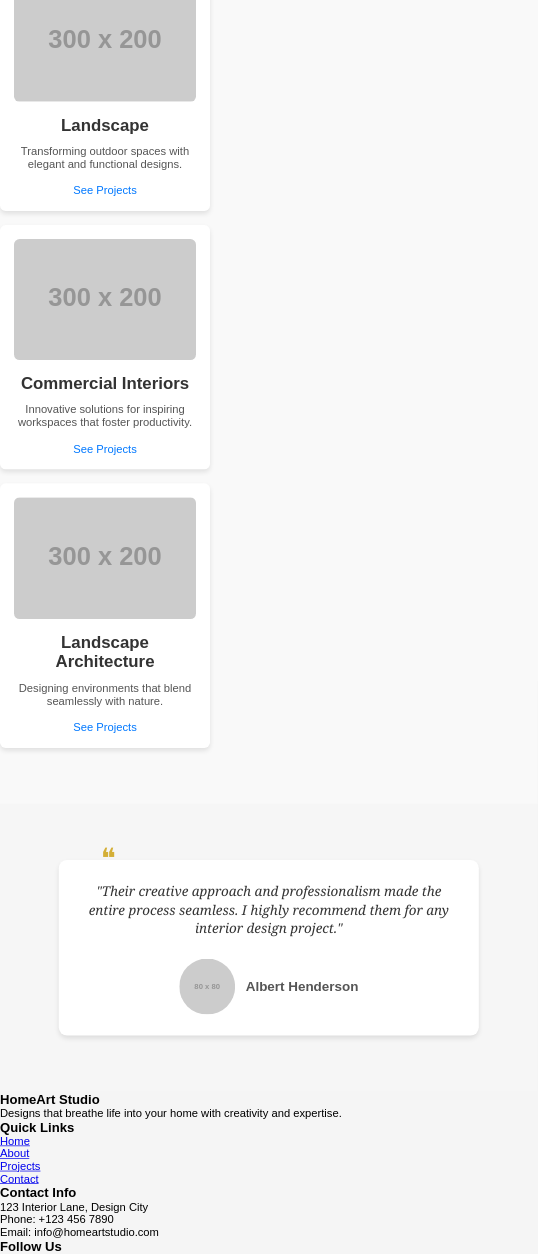
Repository: Patience225/home-decor-studio
Page: index.html
These files come from the project's save history. The page is drawn as it stood at one moment and after a run of saves; the edit follows.
The browser window is 768 px wide. The pictures show the part of the page from y = 4108 to 6348 px (the page is 5900 px tall before and 6348 px after), at 70% of full size.

Above is the page before, as saved 2025-01-29 04:38:36.

### index.html
<!DOCTYPE html>
<html lang="en">
<head>
  <meta charset="UTF-8">
  <meta name="viewport" content="width=device-width, initial-scale=1.0">
  <title>HomeArt Studio</title>
  <link rel="stylesheet" href="styles.css">
</head>
<body>
  <header>
    <nav class="navbar">
      <div class="logo">HomeArt Studio</div>
      <ul class="nav-links">
        <li><a href="#">Home</a></li>
        <li><a href="#">About</a></li>
        <li><a href="#">Services</a></li>
        <li><a href="#">Collections</a></li>
        <li><a href="#">Projects</a></li>
        <li><a href="#">Contact</a></li>
      </ul>
      <div class="hamburger">
        <span></span>
        <span></span>
        <span></span>
      </div>
    </nav>
  </header>
  <section class="hero">
    <div class="hero-content">
      <h1>Designs That Breathe Life into Your Home</h1>
      <img src="https://via.placeholder.com/1200x600" alt="Living room design" class="hero-image">
      <div class="hero-stats">
        <div class="stat-item">
          <h2>100%</h2>
          <p>Satisfaction Guarantee</p>
        </div>
        <div class="stat-item">
          <h2>250</h2>
          <p>Projects Completed</p>
        </div>
        <div class="stat-item">
          <h2>3469</h2>
          <p>Happy Clients</p>
        </div>
      </div>
    </div>
  </section>
  <section class="introduction">
    <div class="intro-container">
      <div class="intro-text">
        <h2>Bringing Vision and Expertise to Every Project</h2>
        <p>
          With years of experience and a commitment to excellence, we transform
          spaces into inspiring works of art. Whether you are looking to refresh a room
          or design a completely new living space, we provide personalized solutions
          tailored to your taste and lifestyle.
        </p>
      </div>
      <div class="intro-images">
        <img src="https://via.placeholder.com/400x300" alt="Interior design 1">
        <img src="https://via.placeholder.com/400x300" alt="Interior design 2">
      </div>
    </div>
  </section>
  <section class="call-to-action">
    <div class="cta-container">
      <h2>For Everything Your Home Deserves, Reach Out to Us</h2>
      <div class="cta-images">
        <div class="image-card">
          <img src="https://via.placeholder.com/300x300" alt="Armchair">
          <p class="product-name">Personal Black Armchair</p>
          <p class="product-price">$799.00</p>
        </div>
        <div class="image-card">
          <img src="https://via.placeholder.com/300x300" alt="Cabinet">
          <p class="product-name">Rustic Oak Cabinet</p>
          <p class="product-price">$1200.00</p>
        </div>
        <div class="image-card">
          <img src="https://via.placeholder.com/300x300" alt="Pendant Light">
          <p class="product-name">Brass Pendant Light</p>
          <p class="product-price">$720.00</p>
        </div>
      </div>
    </div>
  </section>
  <section class="projects">
    <h2>Our Projects</h2>
    <div class="project-cards">
      <div class="project-card">
        <img src="https://via.placeholder.com/300x200" alt="Landscape Project">
        <h3>Landscape</h3>
        <p>Transforming outdoor spaces with elegant and functional designs.</p>
        <a href="#" class="project-link">See Projects</a>
      </div>
      <div class="project-card">
        <img src="https://via.placeholder.com/300x200" alt="Commercial Interiors">
        <h3>Commercial Interiors</h3>
        <p>Innovative solutions for inspiring workspaces that foster productivity.</p>
        <a href="#" class="project-link">See Projects</a>
      </div>
      <div class="project-card">
        <img src="https://via.placeholder.com/300x200" alt="Architecture">
        <h3>Landscape Architecture</h3>
        <p>Designing environments that blend seamlessly with nature.</p>
        <a href="#" class="project-link">See Projects</a>
      </div>
    </div>
  </section>
  <section class="customer-review">
    <div class="review-container">
      <span class="quote-icon">❝</span>
      <p class="review-text">"Their creative approach and professionalism made the entire process seamless. I highly recommend them for any interior design project."</p>
      <div class="customer-info">
        <img src="https://via.placeholder.com/80x80" alt="Customer Picture" class="customer-img">
        <p class="customer-name">Albert Henderson</p>
      </div>
    </div>
  </section>
  <footer class="footer">
    <div class="footer-container">
      <div class="footer-column">
        <h3>HomeArt Studio</h3>
        <p>Designs that breathe life into your home with creativity and expertise.</p>
      </div>
      <div class="footer-column">
        <h3>Quick Links</h3>
        <ul>
          <li><a href="#">Home</a></li>
          <li><a href="#">About</a></li>
          <li><a href="#">Projects</a></li>
          <li><a href="#">Contact</a></li>
        </ul>
      </div>
      <div class="footer-column">
        <h3>Contact Info</h3>
        <p>123 Interior Lane, Design City</p>
        <p>Phone: +123 456 7890</p>
        <p>Email: info@homeartstudio.com</p>
      </div>
      <div class="footer-column">
        <h3>Follow Us</h3>
        <div class="social-icons">
          <a href="#"><i class="fab fa-facebook-f"></i></a>
          <a href="#"><i class="fab fa-twitter"></i></a>
          <a href="#"><i class="fab fa-instagram"></i></a>
          <a href="#"><i class="fab fa-linkedin-in"></i></a>
        </div>
      </div>
    </div>
  </footer>

  <script src="script.js"></script>
</body>
</html>

### styles.css
* {
  margin: 0;
  padding: 0;
  box-sizing: border-box;
}

body {
  font-family: 'Arial', sans-serif;
  background-color: #f5f5f5;
}

header {
  width: 100%;
  background-color: white;
  padding: 15px 30px;
  box-shadow: 0 2px 5px rgba(0, 0, 0, 0.1);
  position: fixed;
  top: 0;
  z-index: 10;
}

.navbar {
  display: flex;
  justify-content: space-between;
  align-items: center;
  max-width: 1200px;
  margin: auto;
}

.logo {
  font-size: 1.5rem;
  font-weight: bold;
  color: #333;
}

.nav-links {
  display: flex;
  list-style: none;
}

.nav-links li {
  margin-left: 25px;
}

.nav-links a {
  text-decoration: none;
  color: #333;
  font-size: 1rem;
  transition: color 0.3s ease;
}

.nav-links a:hover {
  color: #0078ff;
}

.hamburger {
  display: none;
  flex-direction: column;
  cursor: pointer;
}

.hamburger span {
  height: 3px;
  width: 25px;
  background: #333;
  margin: 4px 0;
}

@media (max-width: 768px) {
  .nav-links {
    display: none;
    flex-direction: column;
    position: absolute;
    top: 60px;
    right: 0;
    background-color: white;
    width: 100%;
    text-align: right;
  }

  .nav-links.active {
    display: flex;
  }

  .hamburger {
    display: flex;
  }
}

.hero {
  width: 100%;
  background-color: #f9f9f9;
  padding: 80px 0;
  text-align: center;
}

.hero-content h1 {
  font-size: 3rem;
  font-family: 'Georgia', serif;
  color: #333;
  margin-bottom: 20px;
}

.hero-image {
  width: 100%;
  max-width: 1200px;
  height: auto;
  border-radius: 8px;
  margin: 30px 0;
}

.hero-stats {
  display: flex;
  justify-content: space-evenly;
  max-width: 1000px;
  margin: auto;
  padding: 20px 0;
}

.stat-item {
  text-align: center;
}

.stat-item h2 {
  font-size: 2.5rem;
  font-weight: bold;
  color: #0078ff;
}

.stat-item p {
  font-size: 1rem;
  color: #555;
}

@media (max-width: 768px) {
  .hero-content h1 {
    font-size: 2rem;
  }

  .hero-stats {
    flex-direction: column;
    gap: 20px;
  }
}

.introduction {
  background-color: #ffffff;
  padding: 80px 0;
  text-align: left;
}

.intro-container {
  display: flex;
  justify-content: space-between;
  align-items: center;
  max-width: 1200px;
  margin: auto;
}

.intro-text {
  width: 50%;
  padding-right: 20px;
}

.intro-text h2 {
  font-size: 2.5rem;
  font-family: 'Georgia', serif;
  color: #333;
  margin-bottom: 15px;
}

.intro-text p {
  font-size: 1rem;
  line-height: 1.6;
  color: #555;
}

.intro-images {
  display: flex;
  flex-direction: column;
  gap: 20px;
  width: 40%;
}

.intro-images img {
  width: 100%;
  border-radius: 8px;
  object-fit: cover;
}

@media (max-width: 768px) {
  .intro-container {
    flex-direction: column;
    text-align: center;
  }

  .intro-text,
  .intro-images {
    width: 100%;
  }

  .intro-text {
    padding-right: 0;
  }
}

.call-to-action {
  background-color: #222;
  padding: 80px 0;
  text-align: center;
  color: #fff;
}

.cta-container h2 {
  font-size: 2.5rem;
  font-family: 'Georgia', serif;
  color: #ffffff;
  margin-bottom: 40px;
}

.cta-images {
  display: flex;
  justify-content: center;
  gap: 40px;
}

.image-card {
  text-align: center;
  max-width: 300px;
}

.image-card img {
  width: 100%;
  border-radius: 8px;
  object-fit: cover;
}

.product-name {
  font-size: 1.2rem;
  color: #f9f9f9;
  margin-top: 10px;
}

.product-price {
  font-size: 1rem;
  color: #cccccc;
}

@media (max-width: 768px) {
  .cta-images {
    flex-direction: column;
    gap: 20px;
  }
}

.projects {
  background-color: #f9f9f9;
  padding: 80px 0;
  text-align: center;
}

.projects h2 {
  font-size: 2.5rem;
  font-family: 'Georgia', serif;
  color: #333;
  margin-bottom: 40px;
}

.project-cards {
  display: flex;
  justify-content: center;
  gap: 40px;
  max-width: 1200px;
  margin: auto;
}

.project-card {
  background-color: #ffffff;
  border-radius: 8px;
  text-align: center;
  max-width: 300px;
  padding: 20px;
  box-shadow: 0 4px 8px rgba(0, 0, 0, 0.1);
}

.project-card img {
  width: 100%;
  border-radius: 8px;
  transition: transform 0.3s ease;
}

.project-card img:hover {
  transform: scale(1.05);
}

.project-card h3 {
  font-size: 1.5rem;
  color: #333;
  margin: 15px 0;
}

.project-card p {
  font-size: 1rem;
  color: #555;
  margin-bottom: 20px;
}

.project-link {
  font-size: 1rem;
  color: #0078ff;
  text-decoration: none;
}

.project-link:hover {
  text-decoration: underline;
}

@media (max-width: 768px) {
  .project-cards {
    flex-direction: column;
    gap: 20px;
  }
}

.customer-review {
  background-color: #f6f6f6;
  padding: 80px 0;
  text-align: center;
}

.review-container {
  background-color: #ffffff;
  max-width: 600px;
  margin: auto;
  padding: 40px;
  border-radius: 12px;
  box-shadow: 0 4px 8px rgba(0, 0, 0, 0.1);
  position: relative;
}

.quote-icon {
  font-size: 3rem;
  color: #d4af37;
  position: absolute;
  top: -25px;
  left: 10%;
}

.review-text {
  font-family: 'Georgia', serif;
  font-size: 1.5rem;
  font-style: italic;
  color: #333;
  margin-bottom: 30px;
}

.customer-info {
  display: flex;
  justify-content: center;
  align-items: center;
  gap: 15px;
  margin-top: 20px;
}

.customer-img {
  width: 80px;
  height: 80px;
  border-radius: 50%;
  object-fit: cover;
}

.customer-name {
  font-size: 1.2rem;
  font-weight: bold;
  color: #555;
}

@media (max-width: 768px) {
  .review-container {
    padding: 30px;
  }

  .review-text {
    font-size: 1.2rem;
  }

  .quote-icon {
    font-size: 2.5rem;
  }
}

### script.js
const hamburger = document.querySelector('.hamburger');
const navLinks = document.querySelector('.nav-links');

hamburger.addEventListener('click', () => {
  navLinks.classList.toggle('active');
});

After the next 2 saves:
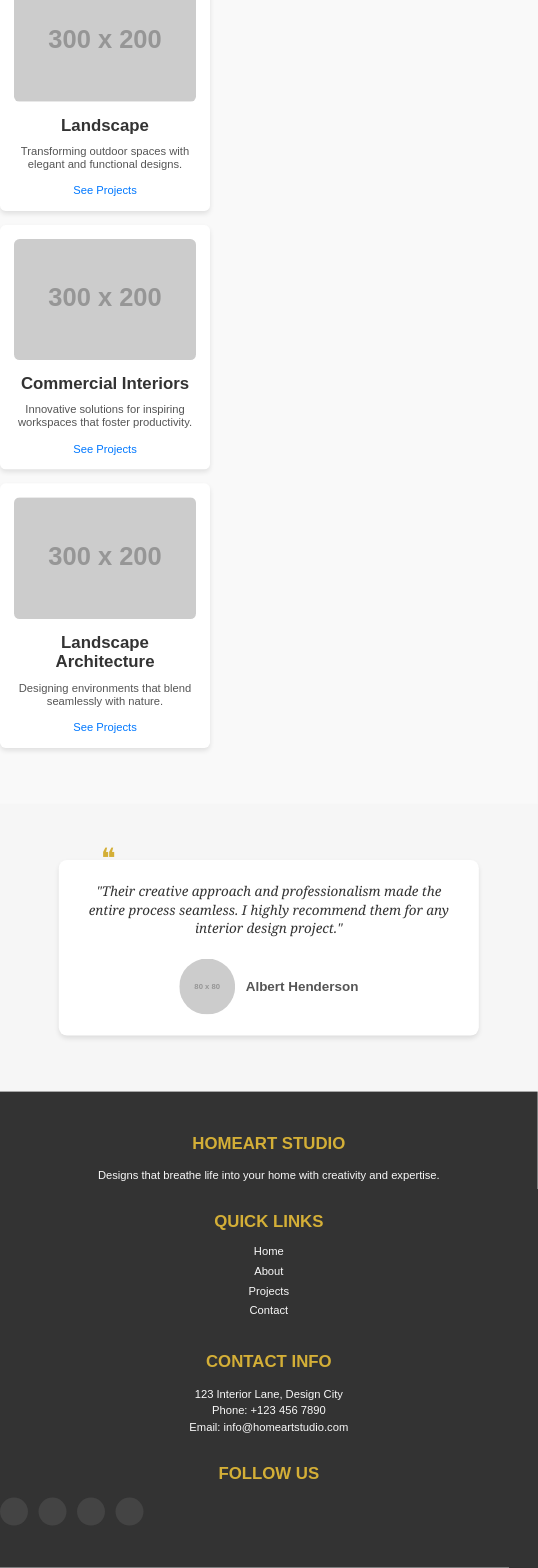
The 2 saves are shown as one change because they came seconds apart.
The last was saved 17 s later.
--- a/styles.css
+++ b/styles.css
@@ -388,3 +388,88 @@ header {
     font-size: 2.5rem;
   }
 }
+
+/* Footer Styles */
+.footer {
+  background-color: #333;
+  color: #f9f9f9;
+  padding: 60px 0;
+}
+
+.footer-container {
+  display: flex;
+  justify-content: space-between;
+  max-width: 1200px;
+  margin: auto;
+  flex-wrap: wrap;
+  gap: 40px;
+}
+
+.footer-column {
+  max-width: 250px;
+}
+
+.footer-column h3 {
+  font-size: 1.5rem;
+  text-transform: uppercase;
+  color: #d4af37;
+  margin-bottom: 20px;
+}
+
+.footer-column p {
+  font-size: 1rem;
+  line-height: 1.5;
+}
+
+.footer-column ul {
+  list-style: none;
+  padding: 0;
+}
+
+.footer-column ul li {
+  margin-bottom: 10px;
+}
+
+.footer-column ul li a {
+  color: #f9f9f9;
+  text-decoration: none;
+  transition: color 0.3s ease;
+}
+
+.footer-column ul li a:hover {
+  color: #d4af37;
+}
+
+.social-icons {
+  display: flex;
+  gap: 15px;
+}
+
+.social-icons a {
+  display: inline-block;
+  color: #f9f9f9;
+  background-color: #444;
+  width: 40px;
+  height: 40px;
+  line-height: 40px;
+  text-align: center;
+  border-radius: 50%;
+  font-size: 1.2rem;
+  transition: all 0.3s ease;
+}
+
+.social-icons a:hover {
+  background-color: #d4af37;
+  color: #fff;
+}
+
+@media (max-width: 768px) {
+  .footer-container {
+    flex-direction: column;
+    text-align: center;
+  }
+
+  .footer-column {
+    max-width: 100%;
+  }
+}
